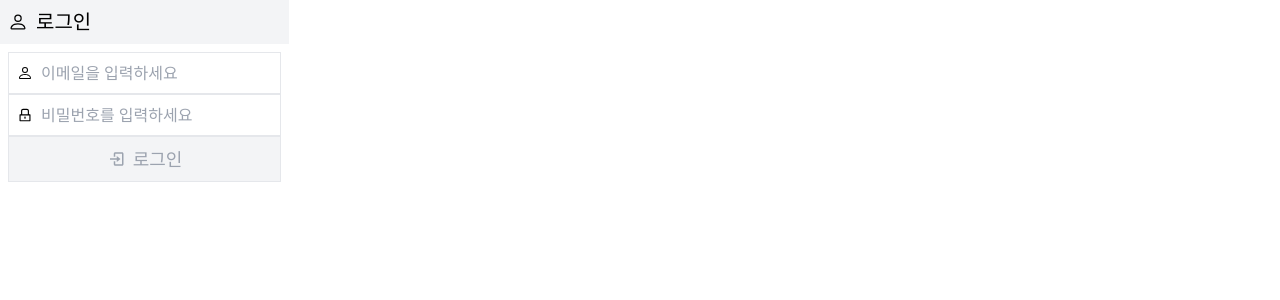
Repository: wanted-pre-onboarding-4/pre-onboarding-assignment-week-4-1-team-4
Page: /login (app in client/)
An editor plug-in stored every save of this project. The page is shown before and after the next save, followed by the edit.
The browser window is 1280 px wide. The pictures show the whole page.
The project was rebuilt for these pictures with package versions that can differ from the ones it lists, and the page was loaded fresh each time. Also part of the build but not shown: client/src/components/Footer.jsx, client/src/components/Header.jsx, client/src/components/Sider.jsx, client/src/components/Layout.jsx.

Above is the page before, as saved 2022-09-20 21:15:48.

After the next save:
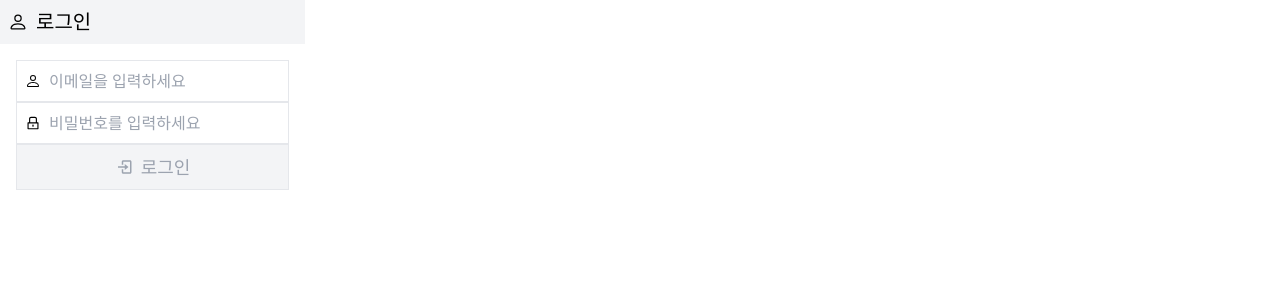
Saved 4 s later.
--- a/client/src/pages/login/Login.jsx
+++ b/client/src/pages/login/Login.jsx
@@ -11,7 +11,7 @@ const Login = () => {
           <BsPerson />
           <h1>로그인</h1>
         </div>
-        <form className='p-2'>
+        <form className='p-4'>
           <label className="flex items-center space-x-2 border-solid border-[1px] p-2">
             <BsPerson />
             <input type="email" placeholder="이메일을 입력하세요" />
